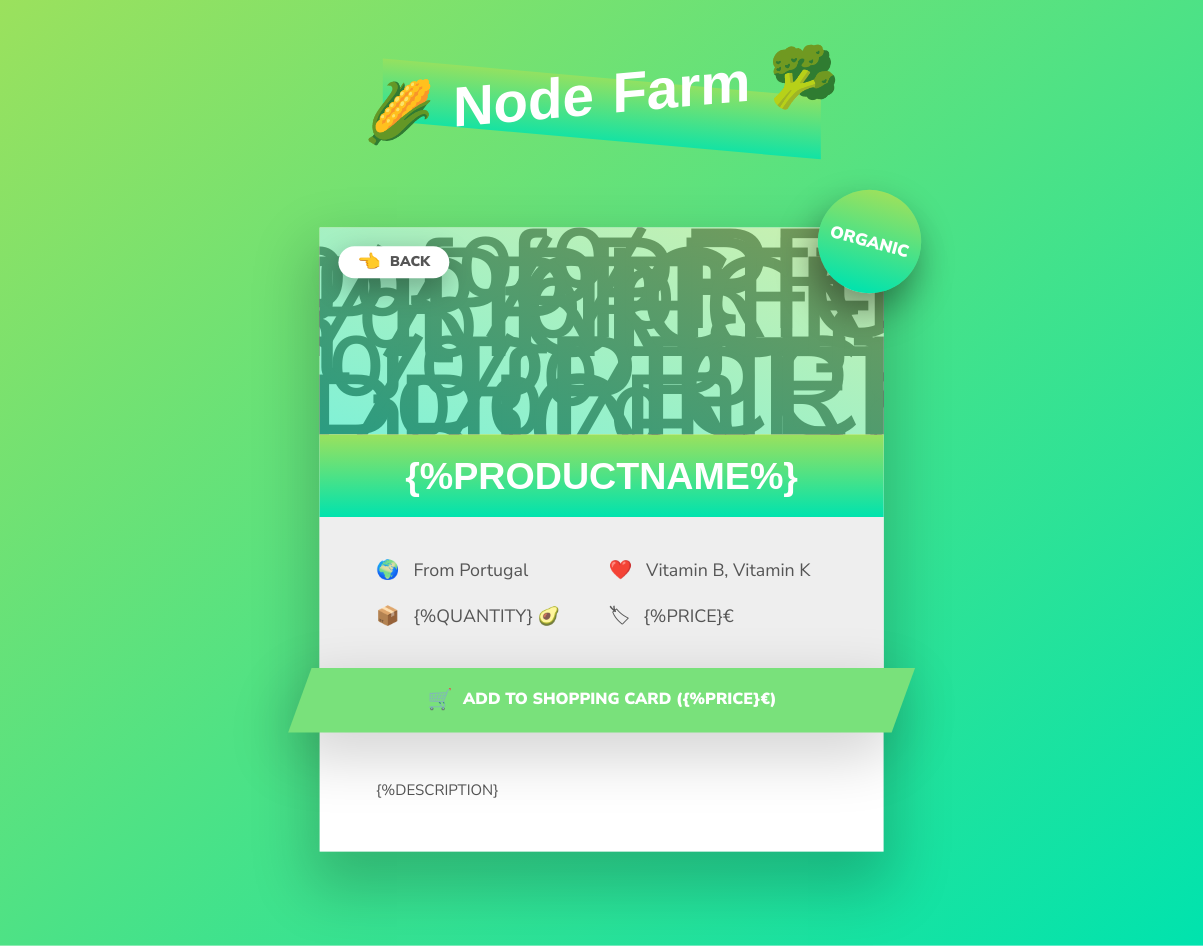
Repository: 13-Joban/Node_Farm_Backend
Page: templates/product.html
The author's editor kept a copy of each file at every save. The page is drawn from the files as they stood at one save, then again after a run of saves.
The browser window is 1280 px wide. The pictures show the whole page, at 94% of full size.
Some web fonts or font styles are not loaded; a fallback is used.

Above is the page before, as saved 2022-07-16 17:30:27.

### templates/product.html
<!DOCTYPE html>
<html lang="en">
  <head>
    <meta charset="UTF-8" />
    <meta name="viewport" content="width=device-width, initial-scale=1.0" />
    <meta http-equiv="X-UA-Compatible" content="ie=edge" />

    <link
      href="https://fonts.googleapis.com/css?family=Megrim|Nunito+Sans:400,900"
      rel="stylesheet"
    />
    <link
      rel="icon"
      href="https://emojipedia-us.s3.dualstack.us-west-1.amazonaws.com/thumbs/240/apple/155/ear-of-maize_1f33d.png"
    />

    <title>Fresh Avocados 🥑 /// NODE FARM</title>

    <style>
      *,
      *::before,
      *::after {
        margin: 0;
        padding: 0;
        box-sizing: inherit;
      }

      html {
        font-size: 62.5%;
        box-sizing: border-box;
      }

      body {
        padding: 5rem 5rem 10rem;
        line-height: 1.7;
        font-family: 'Nunito Sans', sans-serif;
        color: #555;
        min-height: 100vh;
        background: linear-gradient(to bottom right, #9be15d, #00e3ae);
      }

      h1 {
        font-family: 'Megrim', sans-serif;
        font-size: 6rem;
        color: white;
        transform: skewY(-5deg);
        text-align: center;
        position: relative;
        word-spacing: 3px;
      }

      h1::before {
        content: '';
        display: block;
        height: 65%;
        width: 49%;
        position: absolute;
        top: 105%;
        left: 50%;
        background: linear-gradient(to bottom, #9be15d, #00e3ae);
        opacity: 0.8;
        z-index: -1;
        transform: skewY(370deg) translate(-50%, -50%);
      }

      .container {
        width: 95rem;
        margin: 0 auto;
      }

      .product {
        width: 60rem;
        margin: 0 auto;
        margin-top: 9rem;
        background: white;
        box-shadow: 0 3rem 6rem 1rem rgba(0, 0, 0, 0.2);
        position: relative;
      }

      .product__hero {
        position: relative;
        height: 22rem;
        overflow: hidden;
      }

      .product__hero::before {
        content: '';
        display: block;
        height: 100%;
        width: 100%;
        position: absolute;
        top: 0;
        left: 0;
        background-image: linear-gradient(to left bottom, #9be15d, #00e3ae);
        opacity: 0.5;
        z-index: 100;
      }

      .product__emoji {
        font-size: 15rem;
        position: absolute;
      }

      .product__emoji--1 {
        top: -4rem;
        left: -2rem;
        z-index: 10;
      }

      .product__emoji--2 {
        top: -6rem;
        left: 9rem;
      }

      .product__emoji--3 {
        top: -4rem;
        right: 15rem;
      }

      .product__emoji--4 {
        top: -5rem;
        right: 2rem;
        z-index: 10;
      }

      .product__emoji--5 {
        bottom: -9rem;
        left: 18rem;
      }

      .product__emoji--6 {
        bottom: -8rem;
        left: 5rem;
      }

      .product__emoji--7 {
        bottom: -12rem;
        right: 14rem;
      }

      .product__emoji--8 {
        bottom: -8rem;
        right: -2rem;
      }

      .product__emoji--9 {
        top: -7rem;
        left: 19rem;
      }

      .product__organic {
        position: absolute;
        top: -4rem;
        right: -4rem;
        z-index: 1000;
        height: 11rem;
        width: 11rem;
        background-image: linear-gradient(to bottom, #9be15d, #00e3ae);
        border-radius: 50%;
        transform: rotate(15deg);
        box-shadow: 0 2rem 4rem rgba(0, 0, 0, 0.4);
        display: flex;
        align-items: center;
        justify-content: center;
      }

      .product__organic h5 {
        font-weight: 900;
        text-transform: uppercase;
        font-size: 1.8rem;
        color: white;
      }

      .product__back:link,
      .product__back:visited {
        position: absolute;
        top: 2rem;
        left: 2rem;
        font-size: 1.5rem;
        font-weight: 700;
        text-transform: uppercase;
        text-decoration: none;
        z-index: 1000;
        color: #555;
        background-color: white;
        box-shadow: 0 1rem 3rem rgba(0, 0, 0, 0.3);
        border-radius: 100rem;
        padding: 0 2rem;
        transition: all 0.3s;
        display: flex;
        align-items: center;
      }

      .product__back:hover,
      .product__back:active {
        background-color: #79e17b;
      }

      .product__name {
        background: linear-gradient(to bottom, #9be15d, #00e3ae);
        padding: 1rem;
        font-family: 'Megrim', sans-serif;
        font-size: 4rem;
        color: white;
        text-align: center;
        word-spacing: 2px;
      }

      .product__details {
        background-color: #eee;
        padding: 4rem 6rem;
        font-size: 1.9rem;
        display: grid;
        grid-template-columns: 1fr 1fr;
        grid-gap: 1.5rem;
      }

      .product__description {
        padding: 5rem 6rem;
        font-size: 1.6rem;
        line-height: 1.8;
      }

      .product__link:link,
      .product__link:visited {
        display: block;
        background-color: #79e17b;
        color: white;
        font-size: 1.6rem;
        font-weight: 700;
        text-transform: uppercase;
        text-decoration: none;
        padding: 1.5rem;
        text-align: center;
        transform: scale(1.07) skewX(-20deg);
        box-shadow: 0 2rem 6rem rgba(0, 0, 0, 0.2);
        display: flex;
        align-items: center;
        justify-content: center;
        transition: all 0.3s;
      }

      .product__link:hover,
      .product__link:active {
        background-color: #9be15d;
        transform: scale(1.1) skewX(-20deg);
      }

      .product__link span {
        transform: skewX(20deg);
      }

      .emoji-left {
        font-size: 2rem;
        margin-right: 1rem;
      }

      .emoji-right {
        font-size: 2rem;
        margin-left: 1rem;
      }

      .not-organic {
        display: none;
      }
    </style>
  </head>

  <body>
    <div class="container">
      <h1>🌽 Node Farm 🥦</h1>

      <figure class="product">
        <div class="product__organic"><h5>Organic</h5></div>
        <a href="#" class="product__back">
          <span class="emoji-left">👈</span>Back
        </a>
        <div class="product__hero">
          <span class="product__emoji product__emoji--1">{%PRICE}</span>
          <span class="product__emoji product__emoji--2">{%PRICE}</span>
          <span class="product__emoji product__emoji--3">{%PRICE}</span>
          <span class="product__emoji product__emoji--4">{%PRICE}</span>
          <span class="product__emoji product__emoji--5">{%PRICE}</span>
          <span class="product__emoji product__emoji--6">{%PRICE}</span>
          <span class="product__emoji product__emoji--7">{%PRICE}</span>
          <span class="product__emoji product__emoji--8">{%PRICE}</span>
          <span class="product__emoji product__emoji--9">{%PRICE}</span>
        </div>
        <h2 class="product__name">{%PRODUCTNAME%}</h2>
        <div class="product__details">
          <p><span class="emoji-left">🌍</span> From Portugal</p>
          <p><span class="emoji-left">❤️</span> Vitamin B, Vitamin K</p>
          <p><span class="emoji-left">📦</span> {%QUANTITY} 🥑</p>
          <p><span class="emoji-left">🏷</span> {%PRICE}€</p>
        </div>

        <a href="#" class="product__link">
          <span class="emoji-left">🛒</span>
          <span>Add to shopping card ({%PRICE}€)</span>
        </a>

        <p class="product__description">
          {%DESCRIPTION}
        </p>
      </figure>

    </div>
  </body>
</html>

After the next 4 saves:
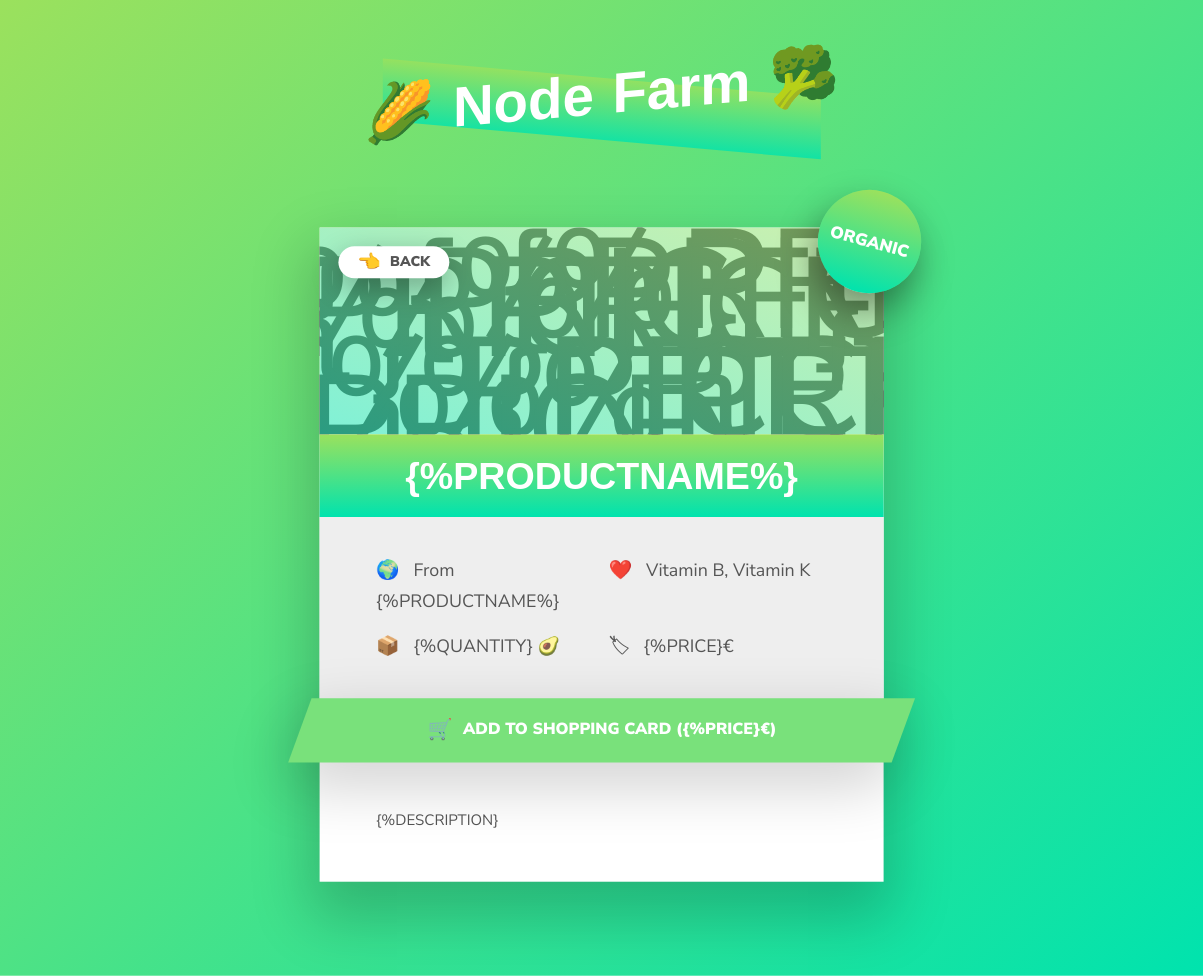
The 4 saves are shown as one change because they came seconds apart.
The last was saved 51 s later.
--- a/templates/product.html
+++ b/templates/product.html
@@ -288,7 +288,7 @@
         </div>
         <h2 class="product__name">{%PRODUCTNAME%}</h2>
         <div class="product__details">
-          <p><span class="emoji-left">🌍</span> From Portugal</p>
+          <p><span class="emoji-left">🌍</span> From {%PRODUCTNAME%}</p>
           <p><span class="emoji-left">❤️</span> Vitamin B, Vitamin K</p>
           <p><span class="emoji-left">📦</span> {%QUANTITY} 🥑</p>
           <p><span class="emoji-left">🏷</span> {%PRICE}€</p>
